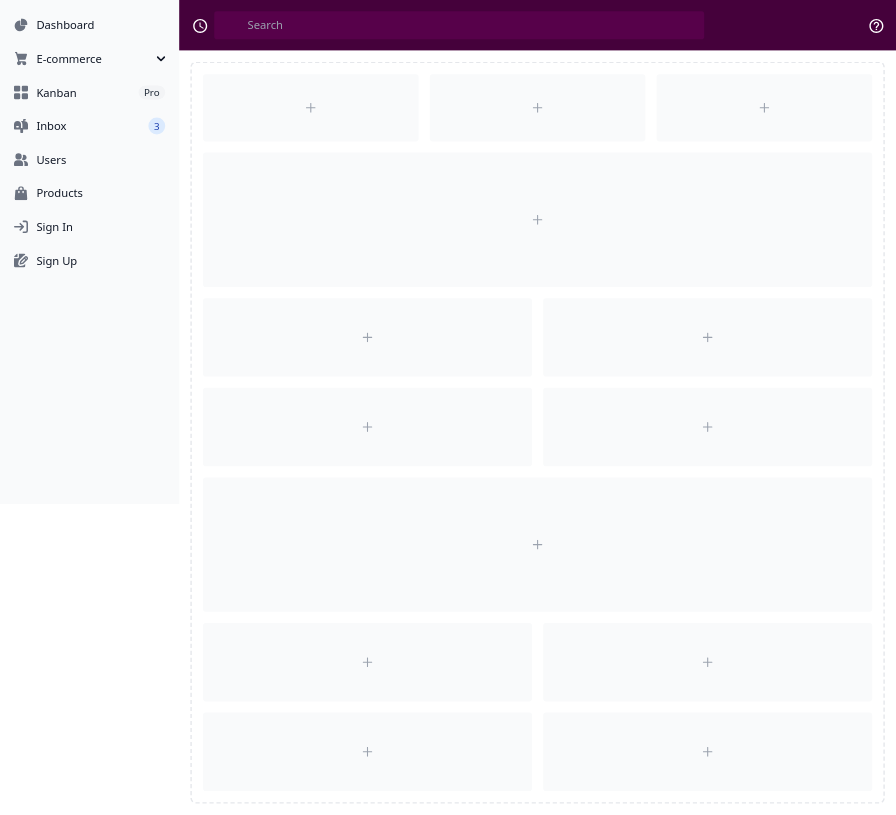
Repository: Shamraiz761/Slack_clone
Page: /
An editor plug-in stored every save of this project. The page is shown before and after a run of saves, followed by the edit.
The browser window is 1280 px wide. The pictures show the whole page, at 70% of full size.
The project was rebuilt for these pictures with package versions that can differ from the ones it lists, and the page was loaded fresh each time. Also part of the build but not shown: vite.config.js.

Above is the page before, as saved 2024-01-14 18:46:13.

### src/App.jsx

import React from 'react'
import Header from './components/header/Header'
import Sidebar from './components/sidebar/Sidebar'
function App() {

  return (
  <div className="">
    <div>
      <Header />
      </div>

      <Sidebar />
      {/* Other main content goes here */}
    </div>
  )
}

export default App

### src/components/header/Header.jsx
import React from 'react'
import AccessTimeIcon from '@mui/icons-material/AccessTime';
import HelpOutlineIcon from '@mui/icons-material/HelpOutline';
import AccountCircleIcon from '@mui/icons-material/AccountCircle';
function Header() {
  return (

    <nav className="bg-[#45013b] p-4" style={{background:''}}>
      <div className="container mx-auto flex items-center justify-between">
        {/* Left logos */}

          {/* Left logo */}
          <div className=" sm:mr-4 hidden sm:block">
          <AccountCircleIcon className='text-white text-larger hidden sm:block' />

          </div>





        <div className="sm:w-full flex justify-center items-center">
        <div className="mr-2">
            <AccessTimeIcon className='text-white'/>


          </div>
          <input
            type="text"
            placeholder="Search"
            className=" p-2 px-12 bg-[#57014a] text-white border-none rounded w-32 sm:w-3/5"
          />
        </div>

        {/* Right logos */}
        <div className="flex items-center">

          <div className="ml-[-100px] sm:ml-4">
            <HelpOutlineIcon className='text-white'/>

          </div>
        </div>
      </div>
    </nav>
  )
}

export default Header

### src/components/sidebar/Sidebar.jsx
import React from "react";

function Sidebar() {
  return (
    <div className="relative">
      <button
        data-drawer-target="sidebar-multi-level-sidebar"
        data-drawer-toggle="sidebar-multi-level-sidebar"
        aria-controls="sidebar-multi-level-sidebar"
        type="button"
        className="inline-flex items-center p-2 mt-2 ms-3 text-sm text-gray-500 rounded-lg sm:hidden hover:bg-gray-100 focus:outline-none focus:ring-2 focus:ring-gray-200 dark:text-gray-400 dark:hover:bg-gray-700 dark:focus:ring-gray-600"
      >
        <span className="sr-only">Open sidebar</span>
        <svg
          className="w-6 h-6"
          aria-hidden="true"
          fill="currentColor"
          viewBox="0 0 20 20"
          xmlns="http://www.w3.org/2000/svg"
        >
          <path
            clip-rule="evenodd"
            fill-rule="evenodd"
            d="M2 4.75A.75.75 0 012.75 4h14.5a.75.75 0 010 1.5H2.75A.75.75 0 012 4.75zm0 10.5a.75.75 0 01.75-.75h7.5a.75.75 0 010 1.5h-7.5a.75.75 0 01-.75-.75zM2 10a.75.75 0 01.75-.75h14.5a.75.75 0 010 1.5H2.75A.75.75 0 012 10z"
          ></path>
        </svg>
      </button>

      <aside
  id="sidebar-multi-level-sidebar"
  className="fixed top-0 left-0 z-40 w-64 h-screen transition-transform -translate-x-full sm:translate-x-0"
  aria-label="Sidebar"
>

        <div className="h-full px-3 py-4 overflow-y-auto bg-gray-50 dark:bg-gray-800">
          <ul className="space-y-2 font-medium">
            <li>
              <a
                href="#"
                className="flex items-center p-2 text-gray-900 rounded-lg dark:text-white hover:bg-gray-100 dark:hover:bg-gray-700 group"
              >
                <svg
                  className="w-5 h-5 text-gray-500 transition duration-75 dark:text-gray-400 group-hover:text-gray-900 dark:group-hover:text-white"
                  aria-hidden="true"
                  xmlns="http://www.w3.org/2000/svg"
                  fill="currentColor"
                  viewBox="0 0 22 21"
                >
                  <path d="M16.975 11H10V4.025a1 1 0 0 0-1.066-.998 8.5 8.5 0 1 0 9.039 9.039.999.999 0 0 0-1-1.066h.002Z" />
                  <path d="M12.5 0c-.157 0-.311.01-.565.027A1 1 0 0 0 11 1.02V10h8.975a1 1 0 0 0 1-.935c.013-.188.028-.374.028-.565A8.51 8.51 0 0 0 12.5 0Z" />
                </svg>
                <span className="ms-3">Dashboard</span>
              </a>
            </li>
            <li>
              <button
                type="button"
                className="flex items-center w-full p-2 text-base text-gray-900 transition duration-75 rounded-lg group hover:bg-gray-100 dark:text-white dark:hover:bg-gray-700"
                aria-controls="dropdown-example"
                data-collapse-toggle="dropdown-example"
              >
                <svg
                  className="flex-shrink-0 w-5 h-5 text-gray-500 transition duration-75 group-hover:text-gray-900 dark:text-gray-400 dark:group-hover:text-white"
                  aria-hidden="true"
                  xmlns="http://www.w3.org/2000/svg"
                  fill="currentColor"
                  viewBox="0 0 18 21"
                >
                  <path d="M15 12a1 1 0 0 0 .962-.726l2-7A1 1 0 0 0 17 3H3.77L3.175.745A1 1 0 0 0 2.208 0H1a1 1 0 0 0 0 2h.438l.6 2.255v.019l2 7 .746 2.986A3 3 0 1 0 9 17a2.966 2.966 0 0 0-.184-1h2.368c-.118.32-.18.659-.184 1a3 3 0 1 0 3-3H6.78l-.5-2H15Z" />
                </svg>
                <span className="flex-1 ms-3 text-left rtl:text-right whitespace-nowrap">
                  E-commerce
                </span>
                <svg
                  className="w-3 h-3"
                  aria-hidden="true"
                  xmlns="http://www.w3.org/2000/svg"
                  fill="none"
                  viewBox="0 0 10 6"
                >
                  <path
                    stroke="currentColor"
                    stroke-linecap="round"
                    stroke-linejoin="round"
                    stroke-width="2"
                    d="m1 1 4 4 4-4"
                  />
                </svg>
              </button>
              <ul id="dropdown-example" className="hidden py-2 space-y-2">
                <li>
                  <a
                    href="#"
                    className="flex items-center w-full p-2 text-gray-900 transition duration-75 rounded-lg pl-11 group hover:bg-gray-100 dark:text-white dark:hover:bg-gray-700"
                  >
                    Products
                  </a>
                </li>
                <li>
                  <a
                    href="#"
                    className="flex items-center w-full p-2 text-gray-900 transition duration-75 rounded-lg pl-11 group hover:bg-gray-100 dark:text-white dark:hover:bg-gray-700"
                  >
                    Billing
                  </a>
                </li>
                <li>
                  <a
                    href="#"
                    className="flex items-center w-full p-2 text-gray-900 transition duration-75 rounded-lg pl-11 group hover:bg-gray-100 dark:text-white dark:hover:bg-gray-700"
                  >
                    Invoice
                  </a>
                </li>
              </ul>
            </li>
            <li>
              <a
                href="#"
                className="flex items-center p-2 text-gray-900 rounded-lg dark:text-white hover:bg-gray-100 dark:hover:bg-gray-700 group"
              >
                <svg
                  className="flex-shrink-0 w-5 h-5 text-gray-500 transition duration-75 dark:text-gray-400 group-hover:text-gray-900 dark:group-hover:text-white"
                  aria-hidden="true"
                  xmlns="http://www.w3.org/2000/svg"
                  fill="currentColor"
                  viewBox="0 0 18 18"
                >
                  <path d="M6.143 0H1.857A1.857 1.857 0 0 0 0 1.857v4.286C0 7.169.831 8 1.857 8h4.286A1.857 1.857 0 0 0 8 6.143V1.857A1.857 1.857 0 0 0 6.143 0Zm10 0h-4.286A1.857 1.857 0 0 0 10 1.857v4.286C10 7.169 10.831 8 11.857 8h4.286A1.857 1.857 0 0 0 18 6.143V1.857A1.857 1.857 0 0 0 16.143 0Zm-10 10H1.857A1.857 1.857 0 0 0 0 11.857v4.286C0 17.169.831 18 1.857 18h4.286A1.857 1.857 0 0 0 8 16.143v-4.286A1.857 1.857 0 0 0 6.143 10Zm10 0h-4.286A1.857 1.857 0 0 0 10 11.857v4.286c0 1.026.831 1.857 1.857 1.857h4.286A1.857 1.857 0 0 0 18 16.143v-4.286A1.857 1.857 0 0 0 16.143 10Z" />
                </svg>
                <span className="flex-1 ms-3 whitespace-nowrap">Kanban</span>
                <span className="inline-flex items-center justify-center px-2 ms-3 text-sm font-medium text-gray-800 bg-gray-100 rounded-full dark:bg-gray-700 dark:text-gray-300">
                  Pro
                </span>
              </a>
            </li>
            <li>
              <a
                href="#"
                className="flex items-center p-2 text-gray-900 rounded-lg dark:text-white hover:bg-gray-100 dark:hover:bg-gray-700 group"
              >
                <svg
                  className="flex-shrink-0 w-5 h-5 text-gray-500 transition duration-75 dark:text-gray-400 group-hover:text-gray-900 dark:group-hover:text-white"
                  aria-hidden="true"
                  xmlns="http://www.w3.org/2000/svg"
                  fill="currentColor"
                  viewBox="0 0 20 20"
                >
                  <path d="m17.418 3.623-.018-.008a6.713 6.713 0 0 0-2.4-.569V2h1a1 1 0 1 0 0-2h-2a1 1 0 0 0-1 1v2H9.89A6.977 6.977 0 0 1 12 8v5h-2V8A5 5 0 1 0 0 8v6a1 1 0 0 0 1 1h8v4a1 1 0 0 0 1 1h2a1 1 0 0 0 1-1v-4h6a1 1 0 0 0 1-1V8a5 5 0 0 0-2.582-4.377ZM6 12H4a1 1 0 0 1 0-2h2a1 1 0 0 1 0 2Z" />
                </svg>
                <span className="flex-1 ms-3 whitespace-nowrap">Inbox</span>
                <span className="inline-flex items-center justify-center w-3 h-3 p-3 ms-3 text-sm font-medium text-blue-800 bg-blue-100 rounded-full dark:bg-blue-900 dark:text-blue-300">
                  3
                </span>
              </a>
            </li>
            <li>
              <a
                href="#"
                className="flex items-center p-2 text-gray-900 rounded-lg dark:text-white hover:bg-gray-100 dark:hover:bg-gray-700 group"
              >
                <svg
                  className="flex-shrink-0 w-5 h-5 text-gray-500 transition duration-75 dark:text-gray-400 group-hover:text-gray-900 dark:group-hover:text-white"
                  aria-hidden="true"
                  xmlns="http://www.w3.org/2000/svg"
                  fill="currentColor"
                  viewBox="0 0 20 18"
                >
                  <path d="M14 2a3.963 3.963 0 0 0-1.4.267 6.439 6.439 0 0 1-1.331 6.638A4 4 0 1 0 14 2Zm1 9h-1.264A6.957 6.957 0 0 1 15 15v2a2.97 2.97 0 0 1-.184 1H19a1 1 0 0 0 1-1v-1a5.006 5.006 0 0 0-5-5ZM6.5 9a4.5 4.5 0 1 0 0-9 4.5 4.5 0 0 0 0 9ZM8 10H5a5.006 5.006 0 0 0-5 5v2a1 1 0 0 0 1 1h11a1 1 0 0 0 1-1v-2a5.006 5.006 0 0 0-5-5Z" />
                </svg>
                <span className="flex-1 ms-3 whitespace-nowrap">Users</span>
              </a>
            </li>
            <li>
              <a
                href="#"
                className="flex items-center p-2 text-gray-900 rounded-lg dark:text-white hover:bg-gray-100 dark:hover:bg-gray-700 group"
              >
                <svg
                  className="flex-shrink-0 w-5 h-5 text-gray-500 transition duration-75 dark:text-gray-400 group-hover:text-gray-900 dark:group-hover:text-white"
                  aria-hidden="true"
                  xmlns="http://www.w3.org/2000/svg"
                  fill="currentColor"
                  viewBox="0 0 18 20"
                >
                  <path d="M17 5.923A1 1 0 0 0 16 5h-3V4a4 4 0 1 0-8 0v1H2a1 1 0 0 0-1 .923L.086 17.846A2 2 0 0 0 2.08 20h13.84a2 2 0 0 0 1.994-2.153L17 5.923ZM7 9a1 1 0 0 1-2 0V7h2v2Zm0-5a2 2 0 1 1 4 0v1H7V4Zm6 5a1 1 0 1 1-2 0V7h2v2Z" />
                </svg>
                <span className="flex-1 ms-3 whitespace-nowrap">Products</span>
              </a>
            </li>
            <li>
              <a
                href="#"
                className="flex items-center p-2 text-gray-900 rounded-lg dark:text-white hover:bg-gray-100 dark:hover:bg-gray-700 group"
              >
                <svg
                  className="flex-shrink-0 w-5 h-5 text-gray-500 transition duration-75 dark:text-gray-400 group-hover:text-gray-900 dark:group-hover:text-white"
                  aria-hidden="true"
                  xmlns="http://www.w3.org/2000/svg"
                  fill="none"
                  viewBox="0 0 18 16"
                >
                  <path
                    stroke="currentColor"
                    stroke-linecap="round"
                    stroke-linejoin="round"
                    stroke-width="2"
                    d="M1 8h11m0 0L8 4m4 4-4 4m4-11h3a2 2 0 0 1 2 2v10a2 2 0 0 1-2 2h-3"
                  />
                </svg>
                <span className="flex-1 ms-3 whitespace-nowrap">Sign In</span>
              </a>
            </li>
            <li>
              <a
                href="#"
                className="flex items-center p-2 text-gray-900 rounded-lg dark:text-white hover:bg-gray-100 dark:hover:bg-gray-700 group"
              >
                <svg
                  className="flex-shrink-0 w-5 h-5 text-gray-500 transition duration-75 dark:text-gray-400 group-hover:text-gray-900 dark:group-hover:text-white"
                  aria-hidden="true"
                  xmlns="http://www.w3.org/2000/svg"
                  fill="currentColor"
                  viewBox="0 0 20 20"
                >
                  <path d="M5 5V.13a2.96 2.96 0 0 0-1.293.749L.879 3.707A2.96 2.96 0 0 0 .13 5H5Z" />
                  <path d="M6.737 11.061a2.961 2.961 0 0 1 .81-1.515l6.117-6.116A4.839 4.839 0 0 1 16 2.141V2a1.97 1.97 0 0 0-1.933-2H7v5a2 2 0 0 1-2 2H0v11a1.969 1.969 0 0 0 1.933 2h12.134A1.97 1.97 0 0 0 16 18v-3.093l-1.546 1.546c-.413.413-.94.695-1.513.81l-3.4.679a2.947 2.947 0 0 1-1.85-.227 2.96 2.96 0 0 1-1.635-3.257l.681-3.397Z" />
                  <path d="M8.961 16a.93.93 0 0 0 .189-.019l3.4-.679a.961.961 0 0 0 .49-.263l6.118-6.117a2.884 2.884 0 0 0-4.079-4.078l-6.117 6.117a.96.96 0 0 0-.263.491l-.679 3.4A.961.961 0 0 0 8.961 16Zm7.477-9.8a.958.958 0 0 1 .68-.281.961.961 0 0 1 .682 1.644l-.315.315-1.36-1.36.313-.318Zm-5.911 5.911 4.236-4.236 1.359 1.359-4.236 4.237-1.7.339.341-1.699Z" />
                </svg>
                <span className="flex-1 ms-3 whitespace-nowrap">Sign Up</span>
              </a>
            </li>
          </ul>
        </div>
      </aside>

      <div className="p-4 sm:ml-64">
        <div className="p-4 border-2 border-gray-200 border-dashed rounded-lg dark:border-gray-700">
          <div className="grid grid-cols-3 gap-4 mb-4">
            <div className="flex items-center justify-center h-24 rounded bg-gray-50 dark:bg-gray-800">
              <p className="text-2xl text-gray-400 dark:text-gray-500">
                <svg
                  className="w-3.5 h-3.5"
                  aria-hidden="true"
                  xmlns="http://www.w3.org/2000/svg"
                  fill="none"
                  viewBox="0 0 18 18"
                >
                  <path
                    stroke="currentColor"
                    stroke-linecap="round"
                    stroke-linejoin="round"
                    stroke-width="2"
                    d="M9 1v16M1 9h16"
                  />
                </svg>
              </p>
            </div>
            <div className="flex items-center justify-center h-24 rounded bg-gray-50 dark:bg-gray-800">
              <p className="text-2xl text-gray-400 dark:text-gray-500">
                <svg
                  className="w-3.5 h-3.5"
                  aria-hidden="true"
                  xmlns="http://www.w3.org/2000/svg"
                  fill="none"
                  viewBox="0 0 18 18"
                >
                  <path
                    stroke="currentColor"
                    stroke-linecap="round"
                    stroke-linejoin="round"
                    stroke-width="2"
                    d="M9 1v16M1 9h16"
                  />
                </svg>
              </p>
            </div>
            <div className="flex items-center justify-center h-24 rounded bg-gray-50 dark:bg-gray-800">
              <p className="text-2xl text-gray-400 dark:text-gray-500">
                <svg
                  className="w-3.5 h-3.5"
                  aria-hidden="true"
                  xmlns="http://www.w3.org/2000/svg"
                  fill="none"
                  viewBox="0 0 18 18"
                >
                  <path
                    stroke="currentColor"
                    stroke-linecap="round"
                    stroke-linejoin="round"
                    stroke-width="2"
                    d="M9 1v16M1 9h16"
                  />
                </svg>
              </p>
            </div>
          </div>
          <div className="flex items-center justify-center h-48 mb-4 rounded bg-gray-50 dark:bg-gray-800">
            <p className="text-2xl text-gray-400 dark:text-gray-500">
              <svg
                className="w-3.5 h-3.5"
                aria-hidden="true"
                xmlns="http://www.w3.org/2000/svg"
                fill="none"
                viewBox="0 0 18 18"
              >
                <path
                  stroke="currentColor"
                  stroke-linecap="round"
                  stroke-linejoin="round"
                  stroke-width="2"
                  d="M9 1v16M1 9h16"
                />
              </svg>
            </p>
          </div>
          <div className="grid grid-cols-2 gap-4 mb-4">
            <div className="flex items-center justify-center rounded bg-gray-50 h-28 dark:bg-gray-800">
              <p className="text-2xl text-gray-400 dark:text-gray-500">
                <svg
                  className="w-3.5 h-3.5"
                  aria-hidden="true"
                  xmlns="http://www.w3.org/2000/svg"
                  fill="none"
                  viewBox="0 0 18 18"
                >
                  <path
                    stroke="currentColor"
                    stroke-linecap="round"
                    stroke-linejoin="round"
                    stroke-width="2"
                    d="M9 1v16M1 9h16"
                  />
                </svg>
              </p>
            </div>
            <div className="flex items-center justify-center rounded bg-gray-50 h-28 dark:bg-gray-800">
              <p className="text-2xl text-gray-400 dark:text-gray-500">
                <svg
                  className="w-3.5 h-3.5"
                  aria-hidden="true"
                  xmlns="http://www.w3.org/2000/svg"
                  fill="none"
                  viewBox="0 0 18 18"
                >
                  <path
                    stroke="currentColor"
                    stroke-linecap="round"
                    stroke-linejoin="round"
                    stroke-width="2"
                    d="M9 1v16M1 9h16"
                  />
                </svg>
              </p>
            </div>
            <div className="flex items-center justify-center rounded bg-gray-50 h-28 dark:bg-gray-800">
              <p className="text-2xl text-gray-400 dark:text-gray-500">
                <svg
                  className="w-3.5 h-3.5"
                  aria-hidden="true"
                  xmlns="http://www.w3.org/2000/svg"
                  fill="none"
                  viewBox="0 0 18 18"
                >
                  <path
                    stroke="currentColor"
                    stroke-linecap="round"
                    stroke-linejoin="round"
                    stroke-width="2"
                    d="M9 1v16M1 9h16"
                  />
                </svg>
              </p>
            </div>
            <div className="flex items-center justify-center rounded bg-gray-50 h-28 dark:bg-gray-800">
              <p className="text-2xl text-gray-400 dark:text-gray-500">
                <svg
                  className="w-3.5 h-3.5"
                  aria-hidden="true"
                  xmlns="http://www.w3.org/2000/svg"
                  fill="none"
                  viewBox="0 0 18 18"
                >
                  <path
                    stroke="currentColor"
                    stroke-linecap="round"
                    stroke-linejoin="round"
                    stroke-width="2"
                    d="M9 1v16M1 9h16"
                  />
                </svg>
              </p>
            </div>
          </div>
          <div className="flex items-center justify-center h-48 mb-4 rounded bg-gray-50 dark:bg-gray-800">
            <p className="text-2xl text-gray-400 dark:text-gray-500">
              <svg
                className="w-3.5 h-3.5"
                aria-hidden="true"
                xmlns="http://www.w3.org/2000/svg"
                fill="none"
                viewBox="0 0 18 18"
              >
                <path
                  stroke="currentColor"
                  stroke-linecap="round"
                  stroke-linejoin="round"
                  stroke-width="2"
                  d="M9 1v16M1 9h16"
                />
              </svg>
            </p>
          </div>
          <div className="grid grid-cols-2 gap-4">
            <div className="flex items-center justify-center rounded bg-gray-50 h-28 dark:bg-gray-800">
              <p className="text-2xl text-gray-400 dark:text-gray-500">
                <svg
                  className="w-3.5 h-3.5"
                  aria-hidden="true"
                  xmlns="http://www.w3.org/2000/svg"
                  fill="none"
                  viewBox="0 0 18 18"
                >
                  <path
                    stroke="currentColor"
                    stroke-linecap="round"
                    stroke-linejoin="round"
                    stroke-width="2"
                    d="M9 1v16M1 9h16"
                  />
                </svg>
              </p>
            </div>
            <div className="flex items-center justify-center rounded bg-gray-50 h-28 dark:bg-gray-800">
              <p className="text-2xl text-gray-400 dark:text-gray-500">
                <svg
                  className="w-3.5 h-3.5"
                  aria-hidden="true"
                  xmlns="http://www.w3.org/2000/svg"
                  fill="none"
                  viewBox="0 0 18 18"
                >
                  <path
                    stroke="currentColor"
                    stroke-linecap="round"
                    stroke-linejoin="round"
                    stroke-width="2"
                    d="M9 1v16M1 9h16"
                  />
                </svg>
              </p>
            </div>
            <div className="flex items-center justify-center rounded bg-gray-50 h-28 dark:bg-gray-800">
              <p className="text-2xl text-gray-400 dark:text-gray-500">
                <svg
                  className="w-3.5 h-3.5"
                  aria-hidden="true"
                  xmlns="http://www.w3.org/2000/svg"
                  fill="none"
                  viewBox="0 0 18 18"
                >
                  <path
                    stroke="currentColor"
                    stroke-linecap="round"
                    stroke-linejoin="round"
                    stroke-width="2"
                    d="M9 1v16M1 9h16"
                  />
                </svg>
              </p>
            </div>
            <div className="flex items-center justify-center rounded bg-gray-50 h-28 dark:bg-gray-800">
              <p className="text-2xl text-gray-400 dark:text-gray-500">
                <svg
                  className="w-3.5 h-3.5"
                  aria-hidden="true"
                  xmlns="http://www.w3.org/2000/svg"
                  fill="none"
                  viewBox="0 0 18 18"
                >
                  <path
                    stroke="currentColor"
                    stroke-linecap="round"
                    stroke-linejoin="round"
                    stroke-width="2"
                    d="M9 1v16M1 9h16"
                  />
                </svg>
              </p>
            </div>
          </div>
        </div>
      </div>
    </div>
  );
}

export default Sidebar;

Loaded but not shown: index.html (common file); src/main.jsx (common file); src/index.css (common file); tailwind.config.js (common file)

After the next 2 saves:
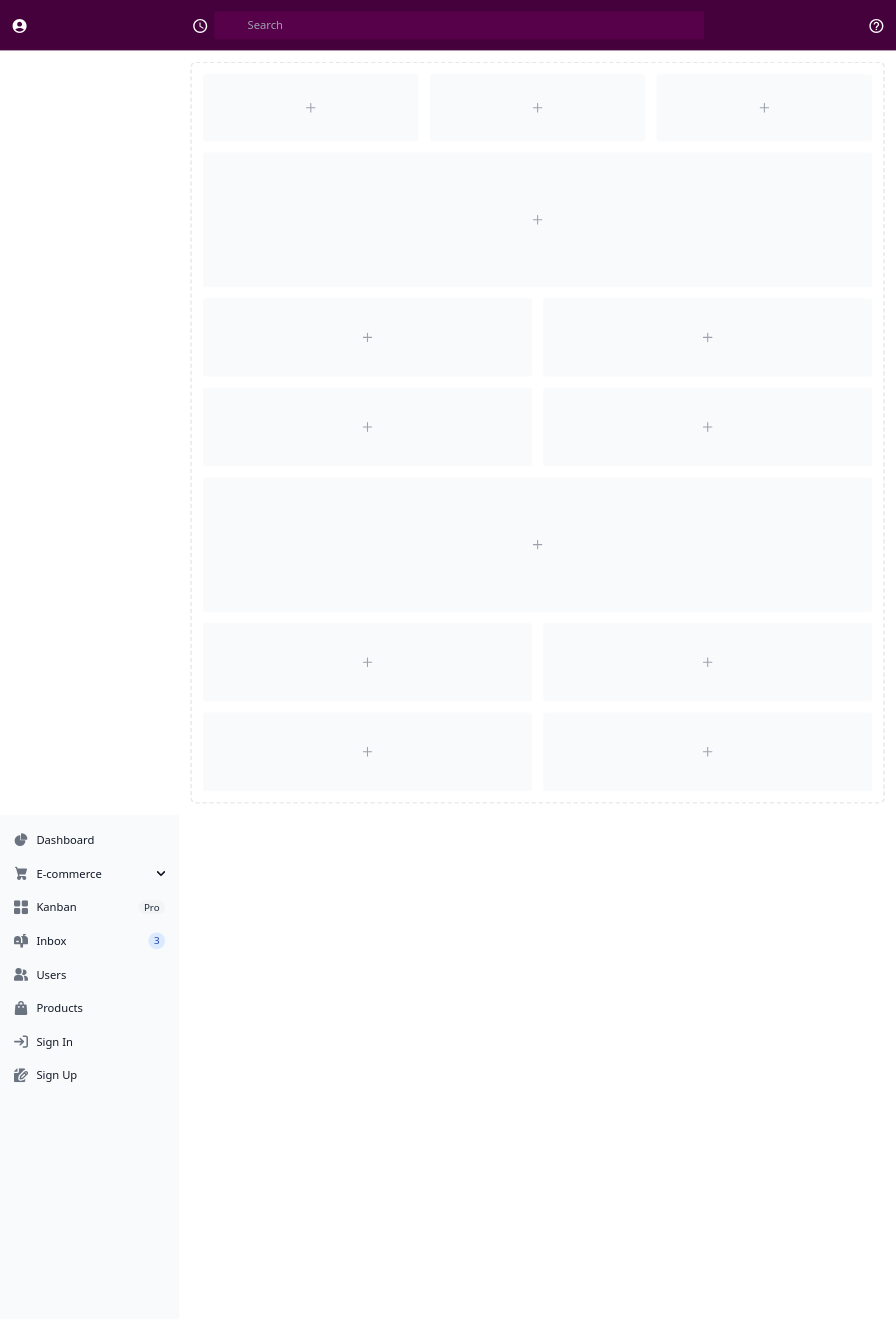
The 2 saves are shown as one change because they came seconds apart.
The last was saved 51 s later.
--- a/src/components/sidebar/Sidebar.jsx
+++ b/src/components/sidebar/Sidebar.jsx
@@ -27,11 +27,10 @@ function Sidebar() {
       </button>
 
       <aside
-  id="sidebar-multi-level-sidebar"
-  className="fixed top-0 left-0 z-40 w-64 h-screen transition-transform -translate-x-full sm:translate-x-0"
-  aria-label="Sidebar"
->
-
+        id="sidebar-multi-level-sidebar"
+        className="absolute top-full left-0 z-40 w-64 h-screen transition-transform -translate-x-full sm:translate-x-0"
+        aria-label="Sidebar"
+      >
         <div className="h-full px-3 py-4 overflow-y-auto bg-gray-50 dark:bg-gray-800">
           <ul className="space-y-2 font-medium">
             <li>
